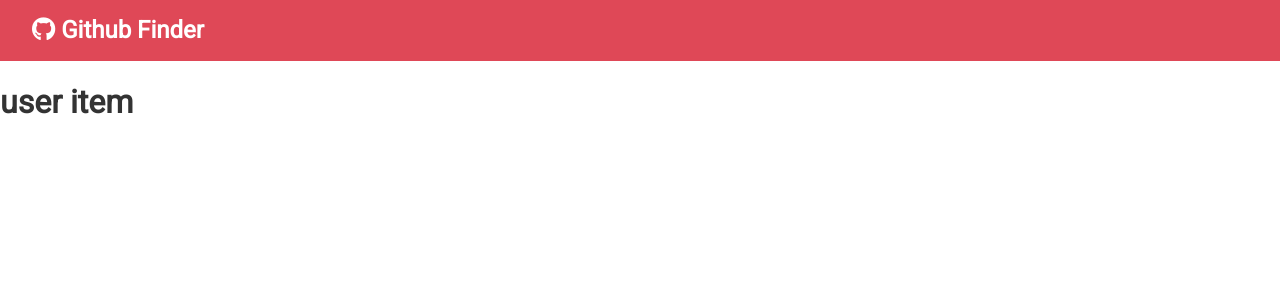
Repository: bafode/github-finder
Page: /
The author's editor kept a copy of each file at every save. The page is drawn from the files as they stood at one save, then again after the next save.
The browser window is 1280 px wide. The pictures show the whole page.
Pictures or frames that could not be fetched are drawn as grey boxes. Some web libraries are served in a nearby version. The project was rebuilt for these pictures with package versions that can differ from the ones it lists, and the page was loaded fresh each time.

Above is the page before, as saved 2023-06-16 16:50:02.

After the next save:
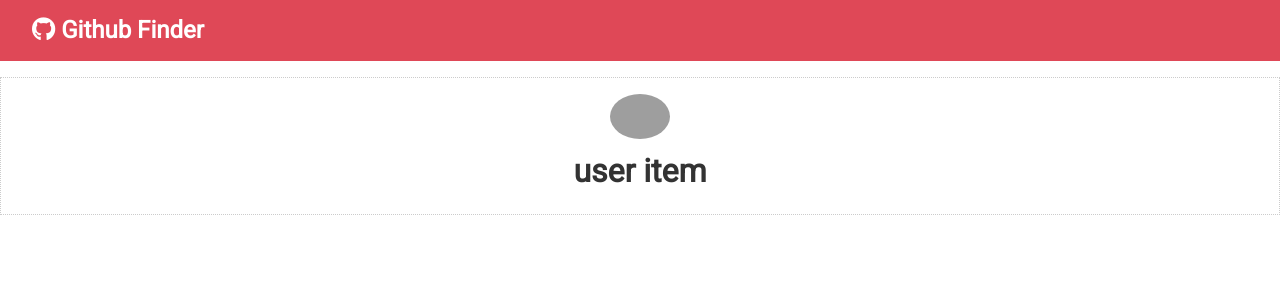
Saved 2 min 8 s later.
--- a/src/components/users/UserItem.js
+++ b/src/components/users/UserItem.js
@@ -11,8 +11,10 @@ class UserItem extends Component {
         }
     }
   render() {
+      const{id,login,avatar_url,html_url}=this.state
     return (
-      <div>
+        <div className='card text-center'>
+            <img src={avatar_url} alt="" className="round-img" style={{width:'60px'}} />
         <h1>user item</h1>
       </div>
     )
